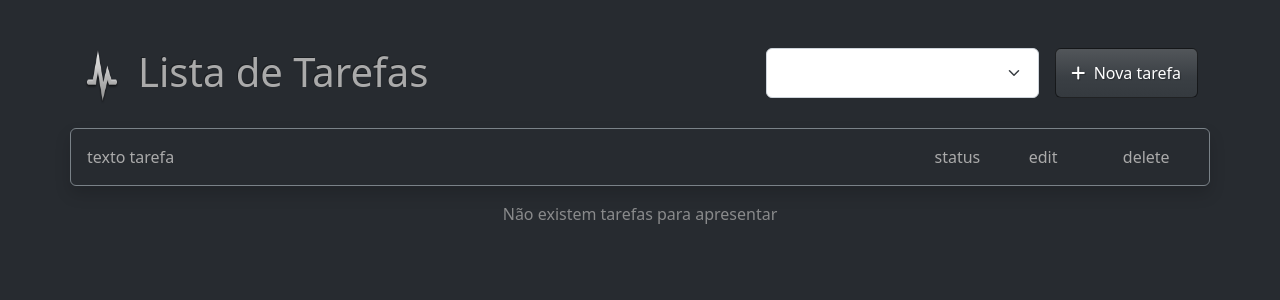
Repository: cargugati/lista_tarefas
Page: frontEnd/index.html
The author's editor kept a copy of each file at every save. The page is drawn from the files as they stood at one save, then again after the next save.
The browser window is 1280 px wide. The pictures show the whole page.

Above is the page before, as saved 2023-03-18 21:02:51.

### frontEnd/index.html
<!DOCTYPE html>
<html lang="pt-br">

<head>
  <meta charset="UTF-8">
  <meta http-equiv="X-UA-Compatible" content="IE=edge">
  <meta name="viewport" content="width=device-width, initial-scale=1.0">
  <title>Lista de Tarefas</title>
  <link rel="stylesheet" href="./assets/css/bootstrap.min.css">
  <link rel="stylesheet" href="./assets/fontawesome/css/all.min.css">
  <link rel="shortcut icon" href="./assets/images/favicon.png" type="image/png">
</head>

<body>
  <div class="container my-5">

    <!-- cabeçalho -->
    <div class="row mb-4">
      <div class="col">
        <div class="d-flex justify-content-start">
          <img src="./assets/images/favicon.png" alt="Logo" class="img-fluid me-3" width="40px">
          <h1>Lista de Tarefas</h1>
        </div>

      </div>
      <div class="col text-end">
        <div class="d-flex justify-content-end">
          <select id="select_filter" class="form-select w-50 me-3">
            <option value=""></option>
            <option value="1">1</option>
          </select>
          <a href="new_task.html" class="btn btn-primary"><i class="fa-solid fa-plus me-2"></i>Nova tarefa</a>
        </div>
      </div>
    </div>

    <!-- aspecto visual de uma tarefa -->
    <div class="row mb-3">
      <div class="col-12 border border-secondary rounded p-3 shadow">
        <div class="row">
          <div class="col-9">texto tarefa</div>
          <div class="col-1">status</div>
          <div class="col-1">edit</div>
          <div class="col-1 bg">delete</div>
        </div>
      </div>
    </div>


    <!-- sem tarefa -->
    <div class="row " id="no_tasks">
      <div class="col text-center">
        <span class="opacity-75">Não existem tarefas para apresentar</span>
      </div>
    </div>
  </div>


  <script src="./assets/js/bootstrap.bundle.min.js"></script>
</body>

</html>

Loaded but not shown: frontEnd/assets/css/bootstrap.min.css (library); frontEnd/assets/fontawesome/css/all.min.css (library); frontEnd/assets/js/bootstrap.bundle.min.js (library)

After the next save:
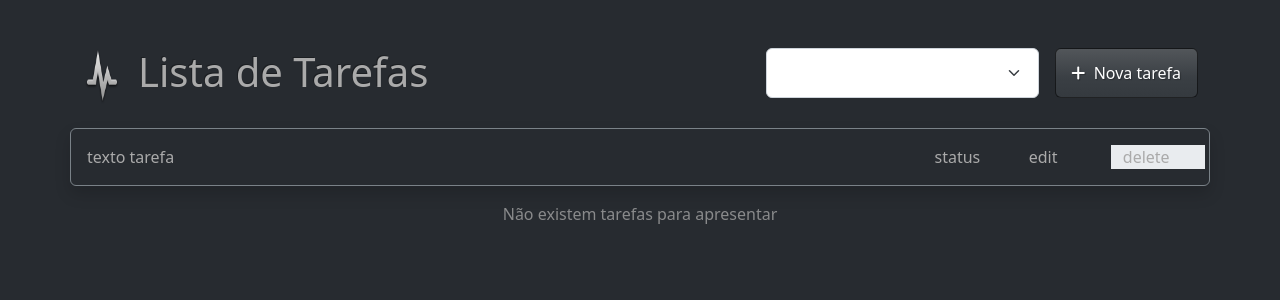
Saved 5 s later.
--- a/frontEnd/index.html
+++ b/frontEnd/index.html
@@ -41,7 +41,7 @@
           <div class="col-9">texto tarefa</div>
           <div class="col-1">status</div>
           <div class="col-1">edit</div>
-          <div class="col-1 bg">delete</div>
+          <div class="col-1 bg-light">delete</div>
         </div>
       </div>
     </div>
